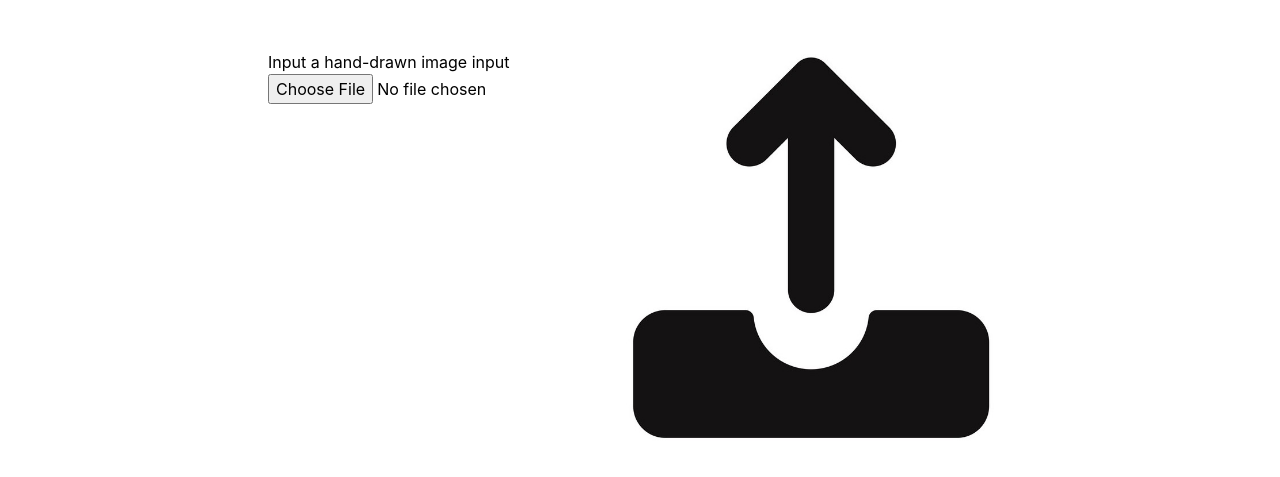
Repository: Laanith/TensorflowModelDeployment
Page: / (app in tensorflownode/)
An editor plug-in stored every save of this project. The page is shown before and after the next save, followed by the edit.
The browser window is 1280 px wide. The pictures show the whole page.
The project was rebuilt for these pictures with package versions that can differ from the ones it lists, and the page was loaded fresh each time.

Above is the page before, as saved 2023-10-24 10:26:42.

### tensorflownode/src/index.css
@tailwind base;
@tailwind components;
@tailwind utilities;

body {
  margin: 0;
  font-family: -apple-system, BlinkMacSystemFont, 'Segoe UI', 'Roboto', 'Oxygen',
    'Ubuntu', 'Cantarell', 'Fira Sans', 'Droid Sans', 'Helvetica Neue',
    sans-serif;
  -webkit-font-smoothing: antialiased;
  -moz-osx-font-smoothing: grayscale;
}

code {
  font-family: source-code-pro, Menlo, Monaco, Consolas, 'Courier New',
    monospace;
}


.submitButton {
  border: 3px solid grey;
  padding: 5px 10px;
  border-radius: 5px;
}

### tensorflownode/src/App.js
import React from "react";
import "./index.css";
import { useState, useRef } from "react";

function App() {
  const [file, setFile] = useState("");
  const [uploaded, setUploaded] = useState(false);
  const handleUpload = (e) => {
    e.preventDefault();
    setFile(e.target.files[0]);
    setUploaded(true);
  };

  return (
    <div className="flex w-full my-[50px] justify-center">
      <form action="http:localhost:8000/" method="POST">
        <h3>Input a hand-drawn image input</h3>
        <input
          type="file"
          accept="image/*"
          name="image-input"
          required
          onChange={handleUpload}
        ></input>
        <button type="submit"></button>
      </form>
      <br></br>
      <div id="imgpreview" className="block">
        {!uploaded && (
          <img
            className="w-[400px] h-[400px] object-cover"
            src="/upload.jpg"
          ></img>
        )}
        {uploaded && (
          <img
            className="w-[400px] h-[400px] object-cover"
            src={URL.createObjectURL(file)}
          ></img>
        )}
      </div>
    </div>
  );
}

export default App;

Loaded but not shown: tensorflownode/public/index.html (common file); tensorflownode/src/index.js (common file); tensorflownode/src/reportWebVitals.js (common file); tensorflownode/tailwind.config.js (common file)

After the next save:
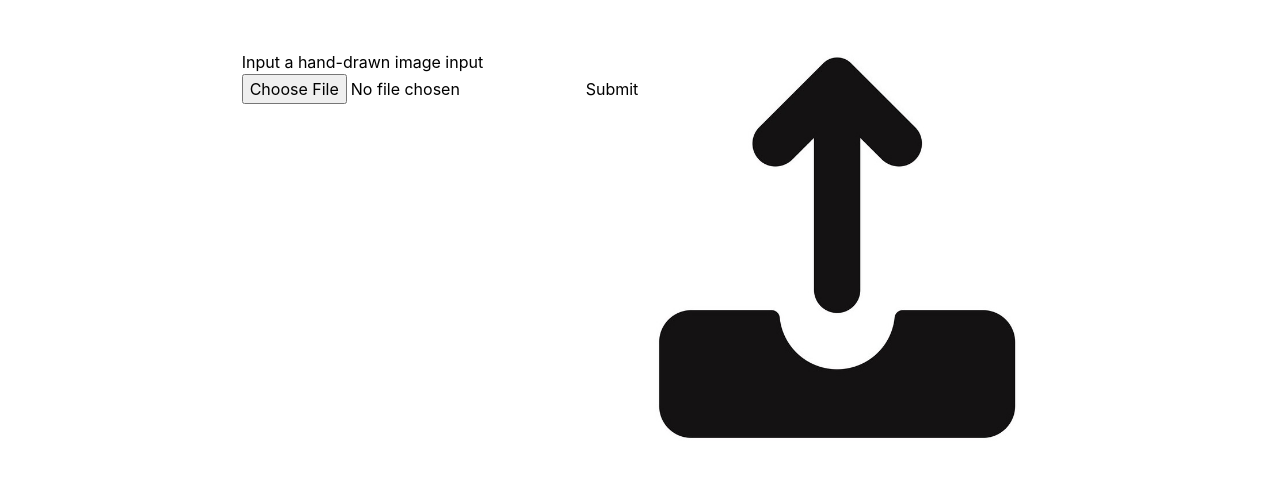
Saved 4 s later.
--- a/tensorflownode/src/App.js
+++ b/tensorflownode/src/App.js
@@ -22,7 +22,7 @@ function App() {
           required
           onChange={handleUpload}
         ></input>
-        <button type="submit"></button>
+        <button type="submit">Submit</button>
       </form>
       <br></br>
       <div id="imgpreview" className="block">
